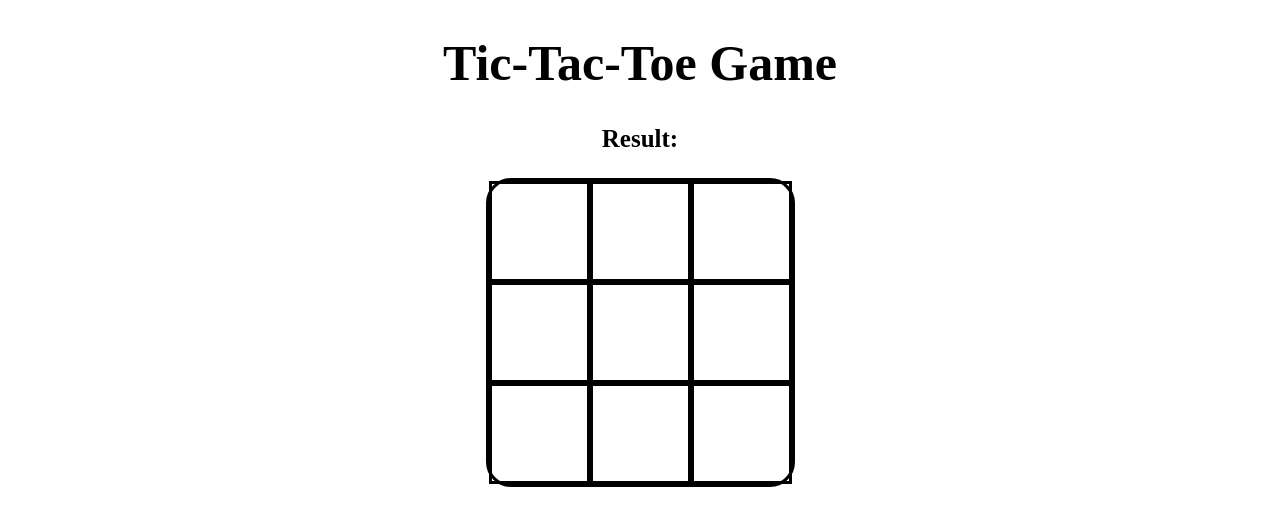
Repository: 0101chaitanya/Tic-Tac-Toe
Page: index.html
The author's editor kept a copy of each file at every save. The page is drawn from the files as they stood at one save, then again after the next save.
The browser window is 1280 px wide. The pictures show the whole page.

Above is the page before, as saved 2021-06-09 18:23:33.

After the next save:
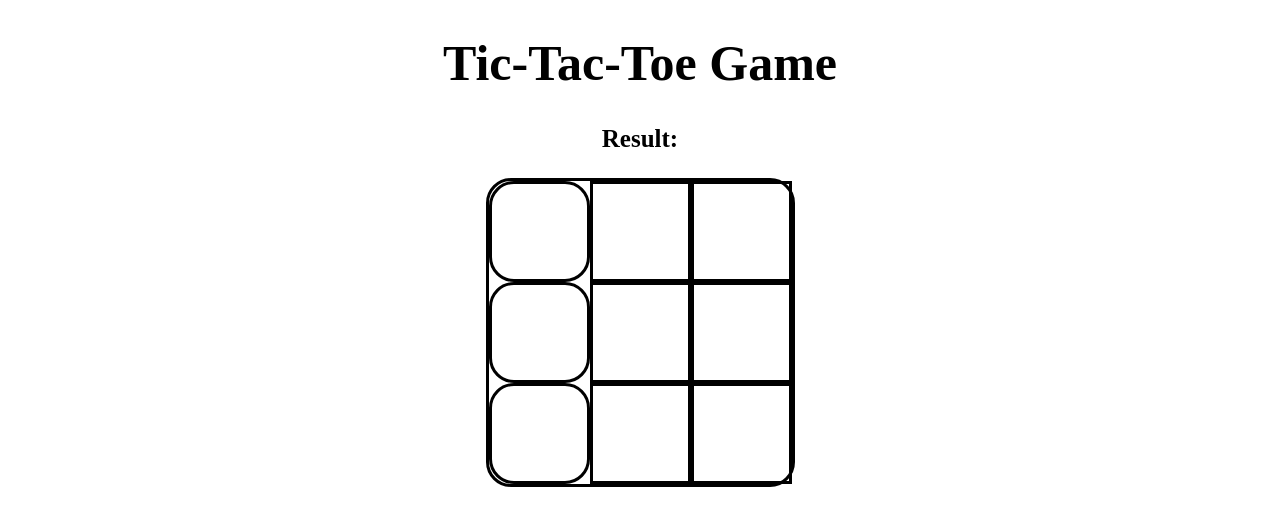
Saved 34 s later.
--- a/styles.css
+++ b/styles.css
@@ -45,3 +45,7 @@ font-weight: bold;
 border-style:solid;
 border-width: 0.15rem;
 }
+#gameSquare>div:nth-child(n)>div:nth-child(1){
+    border-radius: 1rem;
+
+}
